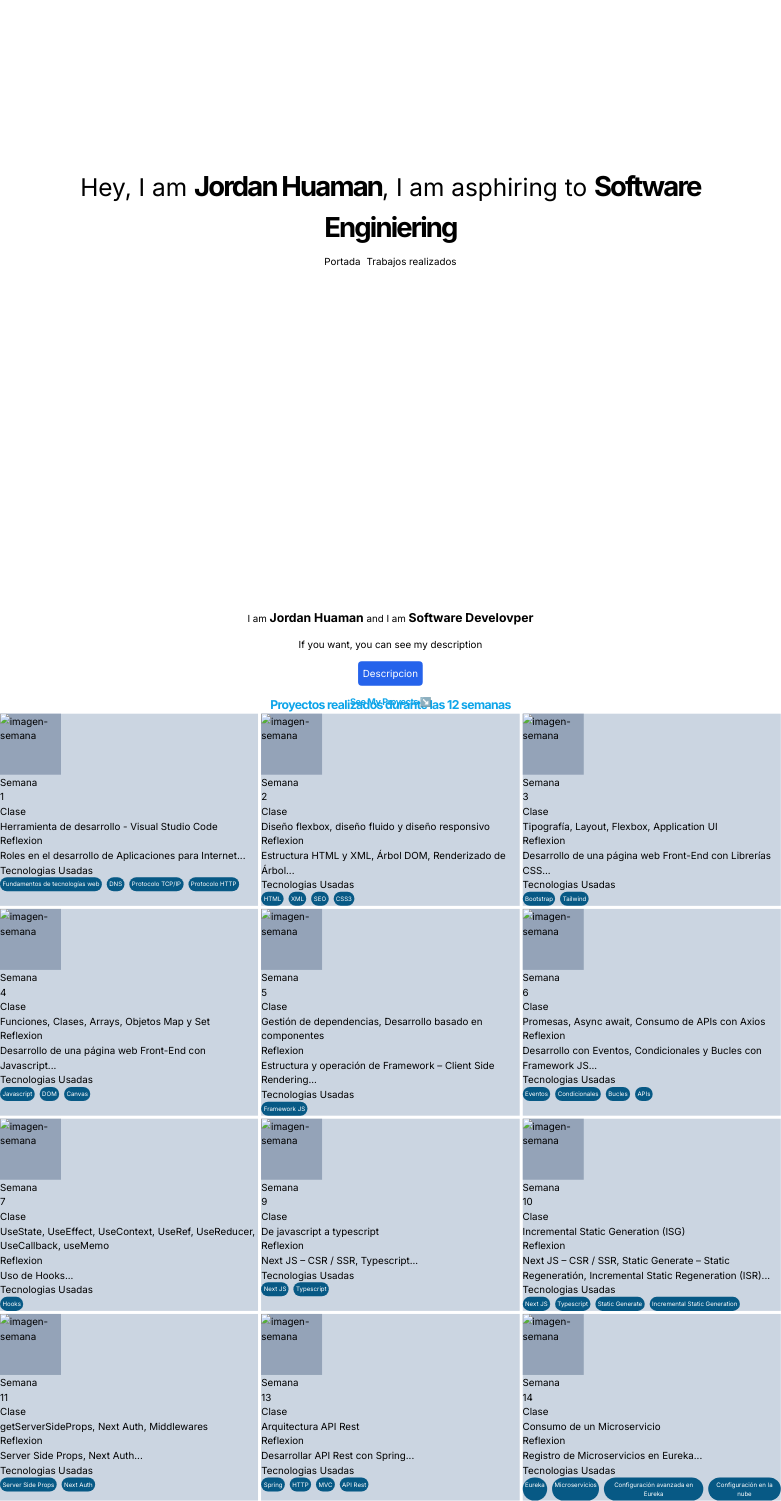
Repository: devsecops-node/portafolio-nextj-pages
Page: /
An editor plug-in stored every save of this project. The page is shown before and after the next save, followed by the edit.
The browser window is 1280 px wide. The pictures show the whole page, at 61% of full size.
The project was rebuilt for these pictures with package versions that can differ from the ones it lists, and the page was loaded fresh each time. The framework's server and built-in components were replaced by stand-ins that run in the browser. Also part of the build but not shown: next.config.js, src/components/Modal.jsx, src/styles/transitionPage.module.css.

Above is the page before, as saved 2024-01-15 04:52:40.

After the next save:
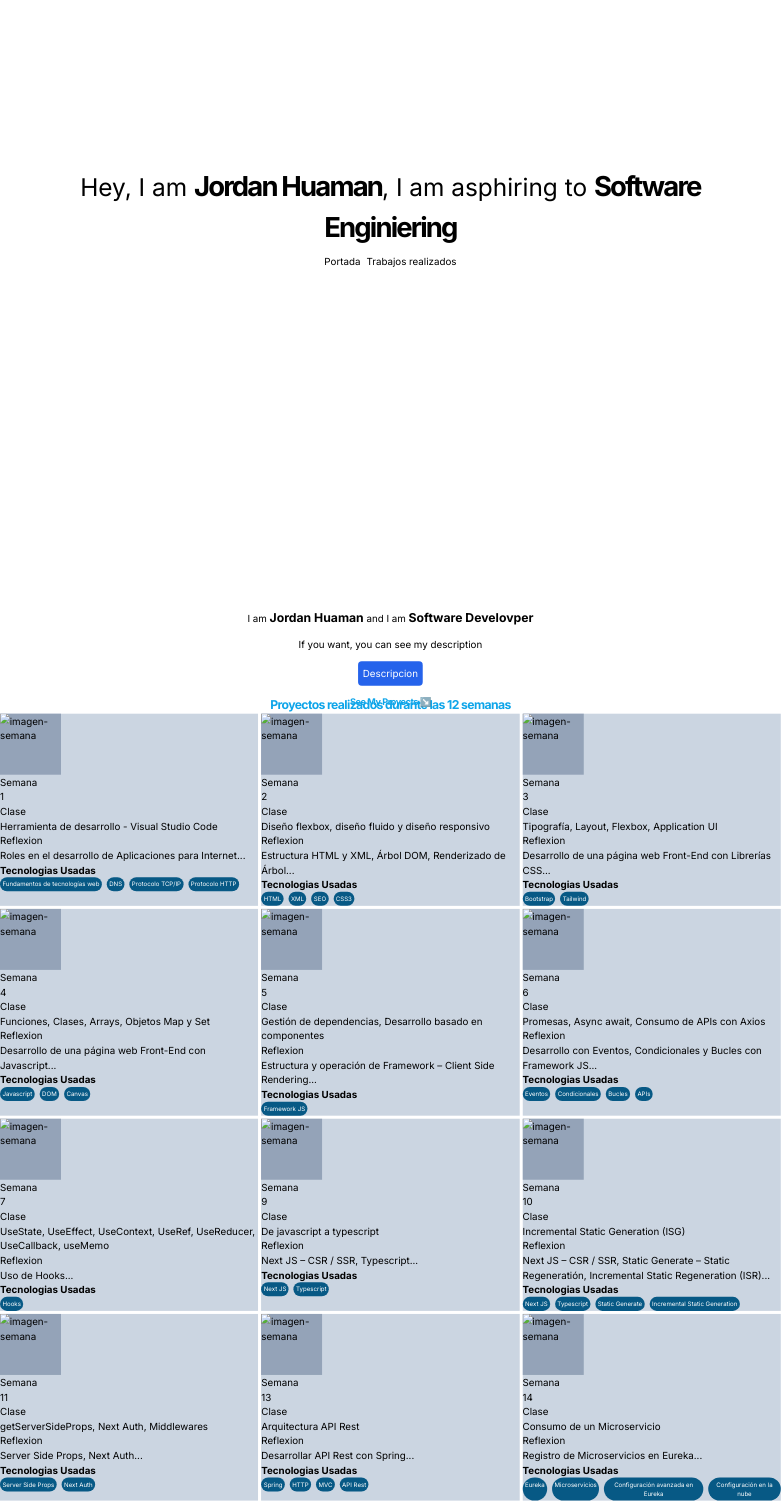
Saved 20 s later.
--- a/src/components/Card.jsx
+++ b/src/components/Card.jsx
@@ -17,7 +17,7 @@ const Card = ({ proyect }) => {
         <p className=''>{proyect.reflexion}...</p>
       </div>
       <div>
-        <p>Tecnologias Usadas</p>
+        <p className='font-bold'>Tecnologias Usadas</p>
         <div className='flex gap-2'>
           {proyect.tecnologias_usadas.map(tec => <p className='text-[10px] bg-sky-800 text-white p-1 rounded-full text-center'>{tec}</p>)}
         </div>
